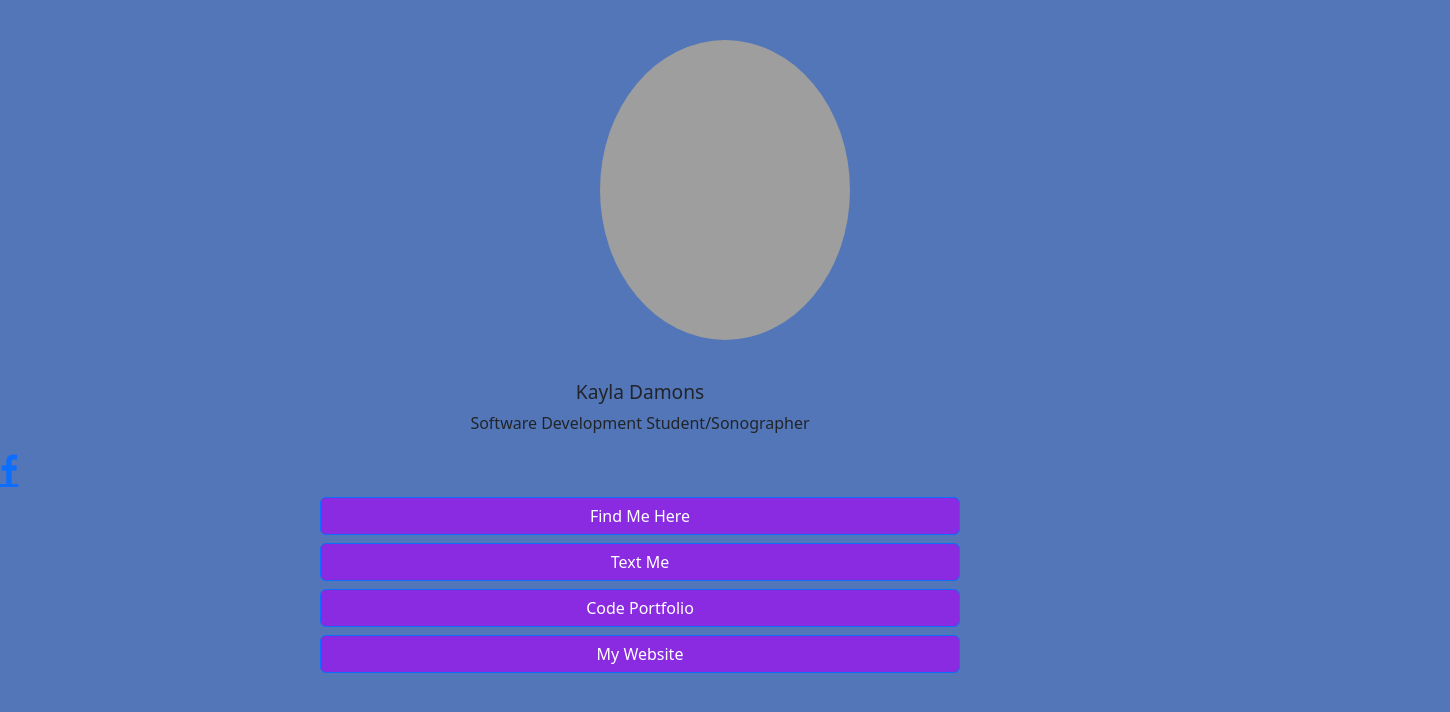
Repository: KaylaDamons/LABlinkinbio
Page: index.html
These files come from the project's save history. The page is drawn as it stood at one moment and after the next save; the edit follows.
The browser window is 1280 px wide. The page is 1450 px wide, so the pictures cover 1450 px, including what lies to the right of the window. The pictures show the whole page.
Pictures or frames that could not be fetched are drawn as grey boxes.

Above is the page before, as saved 2024-01-14 17:37:40.

After the next save:
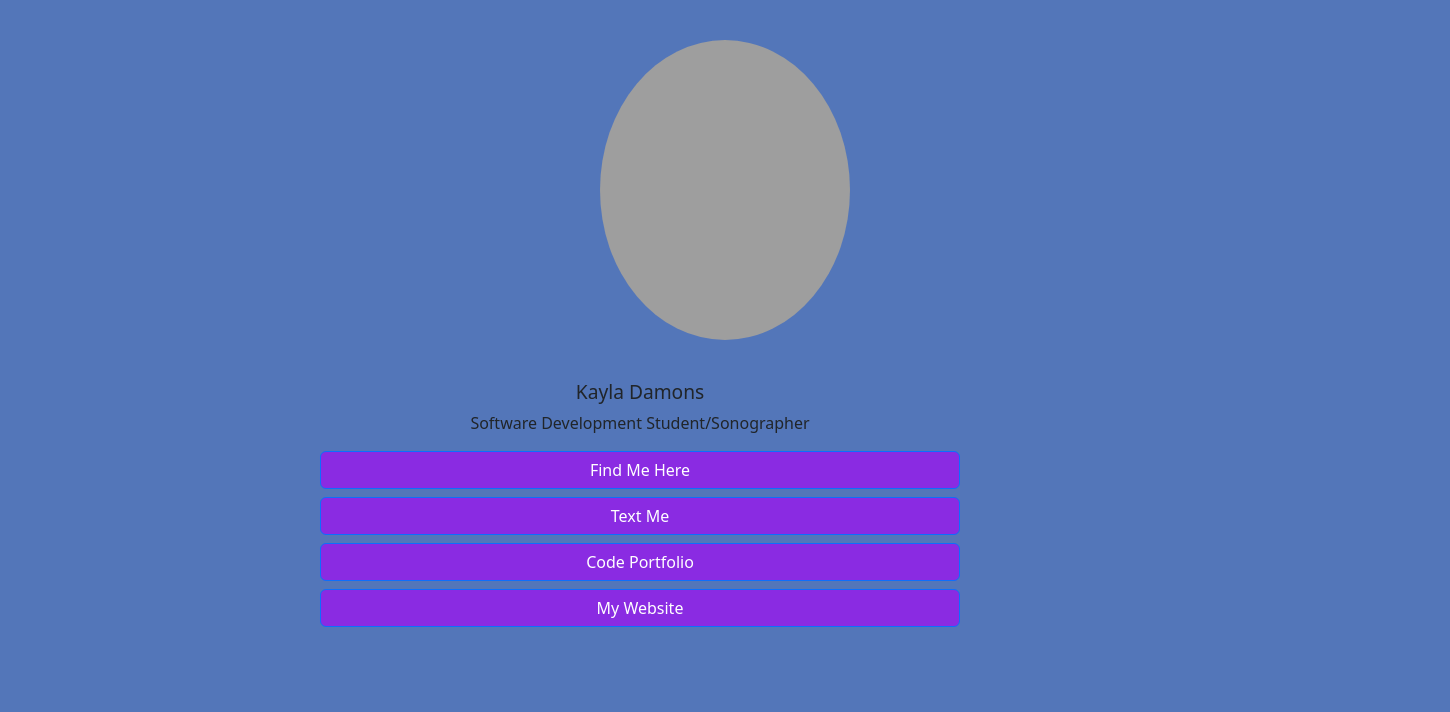
Saved 68 s later.
--- a/index.html
+++ b/index.html
@@ -21,16 +21,13 @@
   <h1>Kayla Damons</h1>
    <p>Software Development Student/Sonographer</p>
 
-   <h2>
-    <a href="#" class="fa fa-facebook"></a>
-   </h2>
 
 
   <div class="d-grid gap-2 col-6 mx-auto">
-    <button class="btn btn-primary" type="button">Find Me Here</button>
-    <button class="btn btn-primary" type="button">Text Me</button>
-    <button class="btn btn-primary" type="button">Code Portfolio</button>
-    <button class="btn btn-primary" type="button">My Website</button>
+    <button class="btn btn-primary" type="button1">Find Me Here</button>
+    <button class="btn btn-primary" type="button2">Text Me</button>
+    <button class="btn btn-primary" type="button3">Code Portfolio</button>
+    <button class="btn btn-primary" type="button4">My Website</button>
   </div>
 
   </div>

After the 2 saves that followed:
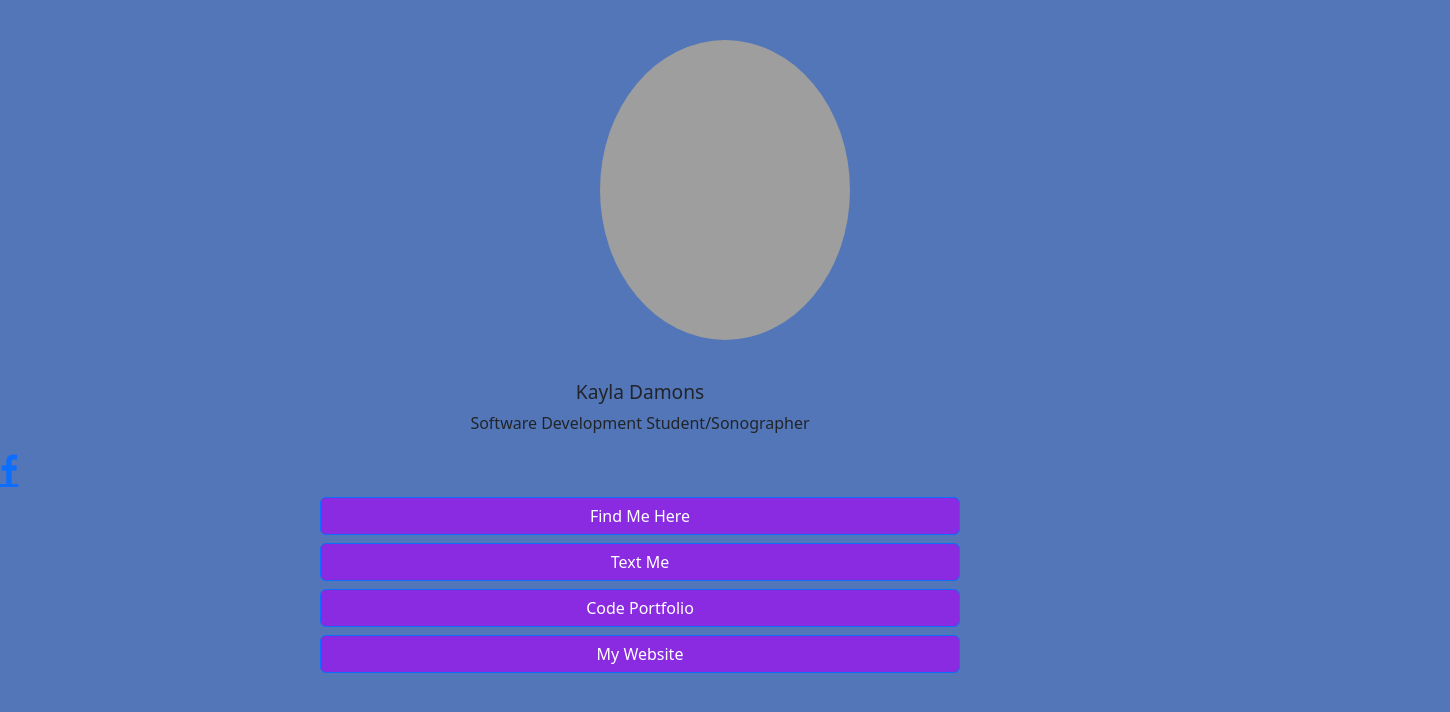
The 2 saves are shown as one change because 1 left the picture as it was.
The last was saved 3 min 1 s later.
--- a/index.html
+++ b/index.html
@@ -21,8 +21,9 @@
   <h1>Kayla Damons</h1>
    <p>Software Development Student/Sonographer</p>
 
-
-
+<h2>
+  <a href="#" class="fa fa-facebook"></a>
+</h2>
   <div class="d-grid gap-2 col-6 mx-auto">
     <button class="btn btn-primary" type="button1">Find Me Here</button>
     <button class="btn btn-primary" type="button2">Text Me</button>
